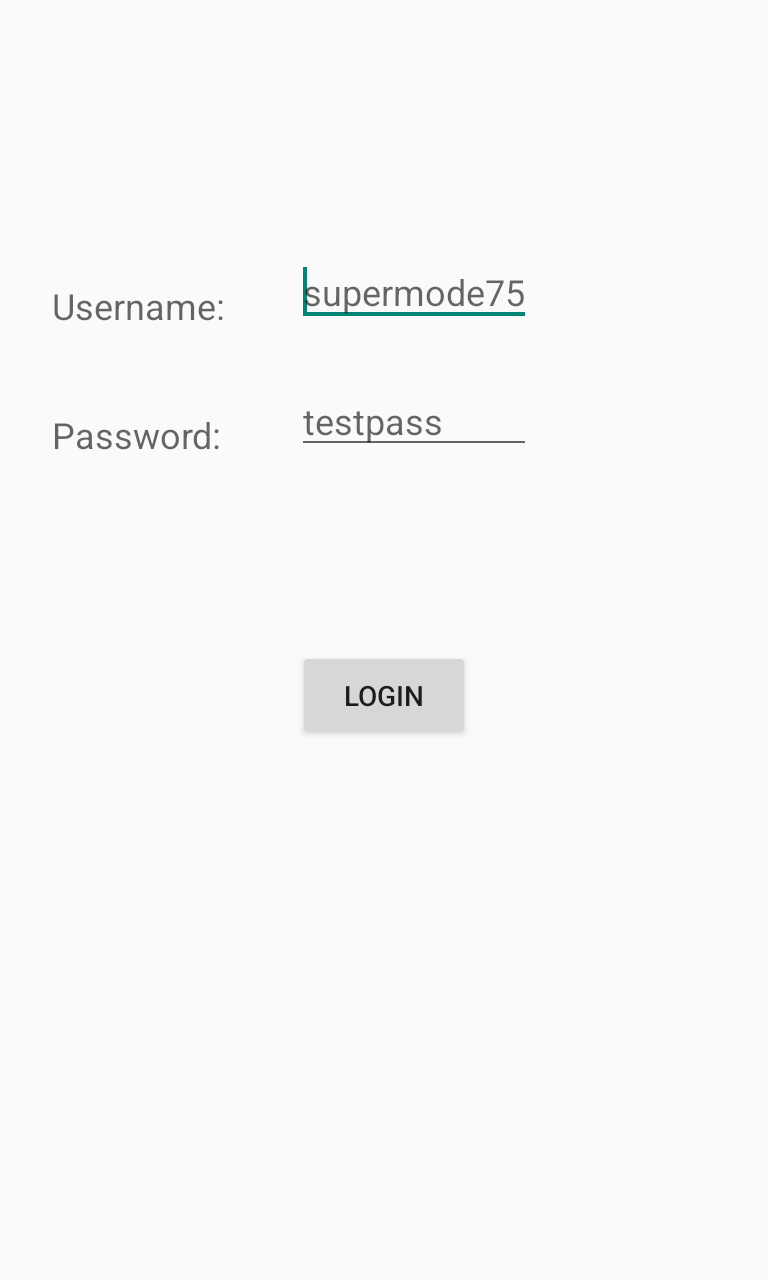
Repository: BurtWurst/MyFields_Mobile
Layout: Android/Login/res/layout/activity_main.xml
These files come from the project's save history. The layout is drawn as it stood at one moment and after the next save; the edit follows.
It is drawn on a 768 x 1280 px phone screen (xhdpi) without system bars, with theme AppTheme; the app's code is not run.

Above is the layout before, as saved 2014-12-06 04:29:57.

### Android/Login/res/layout/activity_main.xml
<RelativeLayout xmlns:android="http://schemas.android.com/apk/res/android"
    xmlns:tools="http://schemas.android.com/tools"
    android:layout_width="match_parent"
    android:layout_height="match_parent"
    android:paddingBottom="@dimen/activity_vertical_margin"
    android:paddingLeft="@dimen/activity_horizontal_margin"
    android:paddingRight="@dimen/activity_horizontal_margin"
    android:paddingTop="@dimen/activity_vertical_margin"
    tools:context="com.javacodegeeks.android.loginapp.MainActivity" >

     <TextView
	      android:id="@+id/textView1"
	      android:layout_width="wrap_content"
	      android:layout_height="wrap_content"
	      android:layout_alignParentTop="true"
	      android:layout_centerHorizontal="true"
	      android:layout_marginTop="20dp"
	      android:text=""
	      android:textAppearance="?android:attr/textAppearanceLarge" />

      <TextView
	      android:id="@+id/textView2"
	      android:layout_width="wrap_content"
	      android:layout_height="wrap_content"
	      android:layout_alignParentLeft="true"
	      android:layout_below="@+id/textView1"
	      android:layout_marginTop="75dp"
	      android:layout_marginLeft="10dp"
	      android:text="Username:"
	      android:textAppearance="?android:attr/textAppearanceMedium" />

      <EditText
	      android:id="@+id/usernameET"
	      android:layout_width="wrap_content"
	      android:layout_height="wrap_content"
	      android:layout_alignBottom="@+id/textView2"
	      android:layout_marginLeft="35dp"
	      android:layout_toRightOf="@+id/textView2"
	      android:hint="supermode75" >
      	  <requestFocus />
   	  </EditText>

      <TextView
	      android:id="@+id/textView3"
	      android:layout_width="wrap_content"
	      android:layout_height="wrap_content"
	      android:layout_alignLeft="@+id/textView2"
	      android:layout_below="@+id/textView2"
	      android:layout_marginTop="40dp"
	      android:text="Password:"
	      android:textAppearance="?android:attr/textAppearanceMedium" />

      <EditText
          android:id="@+id/passwordET"
          android:layout_width="wrap_content"
          android:layout_height="wrap_content"
          android:layout_alignBottom="@+id/textView3"
          android:layout_alignLeft="@+id/usernameET"
          android:layout_alignRight="@+id/usernameET"
          android:hint="testpass"
          android:inputType="textPassword" />

       <TextView
	      android:id="@+id/attemptsLeftTV"
	      android:layout_width="wrap_content"
	      android:layout_height="wrap_content"
	      android:layout_alignLeft="@+id/textView3"
	      android:layout_below="@+id/textView3"
	      android:layout_marginLeft="30dp"
	      android:layout_marginTop="48dp"
	      android:text="Attempts Left:"
	      android:visibility="invisible"
	      android:textAppearance="?android:attr/textAppearanceMedium" />

       <Button
	      android:id="@+id/loginBtn"
	      android:layout_width="wrap_content"
	      android:layout_height="wrap_content"
	      android:layout_below="@+id/passwordET"
	      android:layout_centerHorizontal="true"
	      android:layout_marginTop="94dp"
	      android:onClick="authenticateLogin"
	      android:text="Login" />

       <TextView
	      android:id="@+id/numberOfRemainingLoginAttemptsTV"
	      android:layout_width="wrap_content"
	      android:layout_height="wrap_content"
	      android:layout_alignRight="@+id/textView1"
	      android:layout_alignTop="@+id/attemptsLeftTV"
	      android:visibility="invisible" />

       <TextView
	      android:id="@+id/loginLockedTV"
	      android:layout_width="wrap_content"
	      android:layout_height="wrap_content"
	      android:layout_below="@+id/loginBtn"
	      android:layout_marginTop="35dp"
	      android:layout_centerHorizontal="true"
	      android:textAppearance="?android:attr/textAppearanceMedium"
	      android:visibility="invisible" />

</RelativeLayout>

Loaded but not shown: Android/Login/res/values/styles.xml (common file); Android/Login/res/values-v11/styles.xml (common file); Android/Login/res/values-v14/styles.xml (common file); Android/Login/res/values/dimens.xml (common file); Android/Login/res/values-w820dp/dimens.xml (common file)

After the next save:
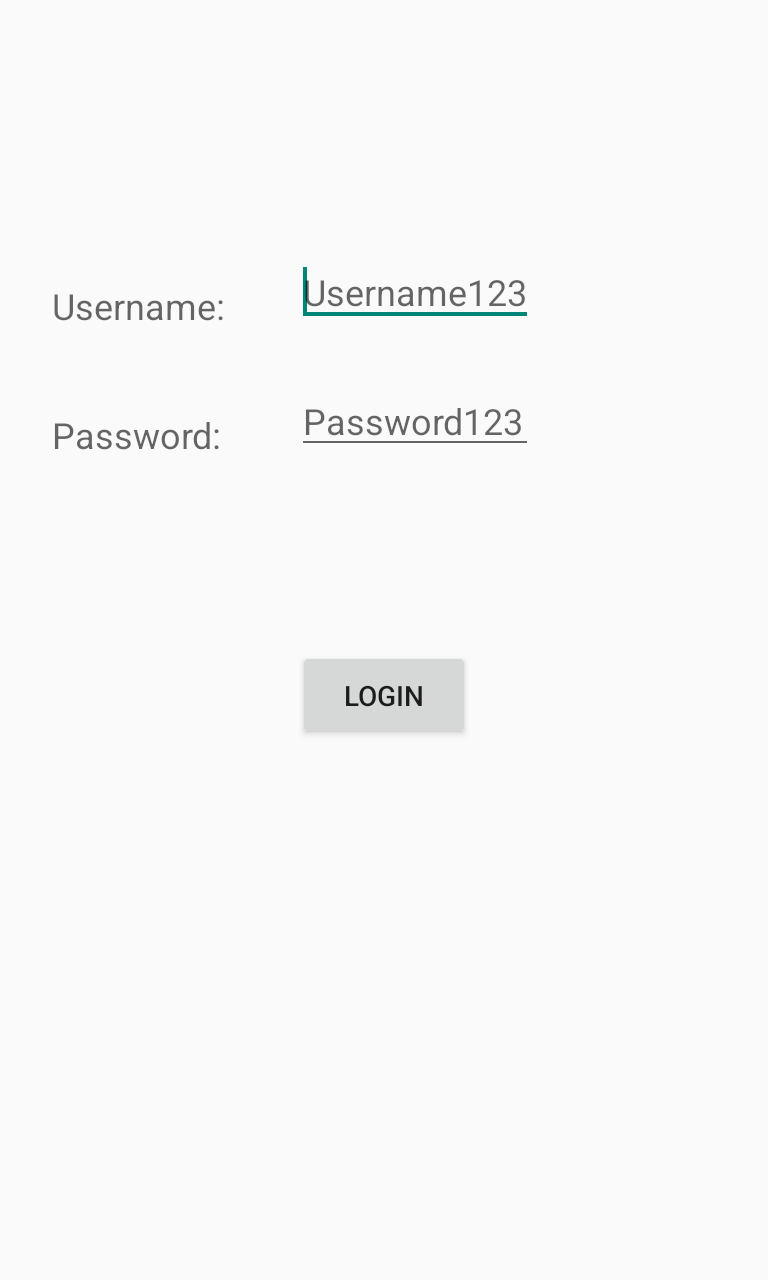
Saved 15 s later.
--- a/Android/Login/res/layout/activity_main.xml
+++ b/Android/Login/res/layout/activity_main.xml
@@ -36,7 +36,7 @@
 	      android:layout_alignBottom="@+id/textView2"
 	      android:layout_marginLeft="35dp"
 	      android:layout_toRightOf="@+id/textView2"
-	      android:hint="supermode75" >
+	      android:hint="Username123" >
       	  <requestFocus />
    	  </EditText>
 
@@ -57,7 +57,7 @@
           android:layout_alignBottom="@+id/textView3"
           android:layout_alignLeft="@+id/usernameET"
           android:layout_alignRight="@+id/usernameET"
-          android:hint="testpass"
+          android:hint="Password123"
           android:inputType="textPassword" />
 
        <TextView
